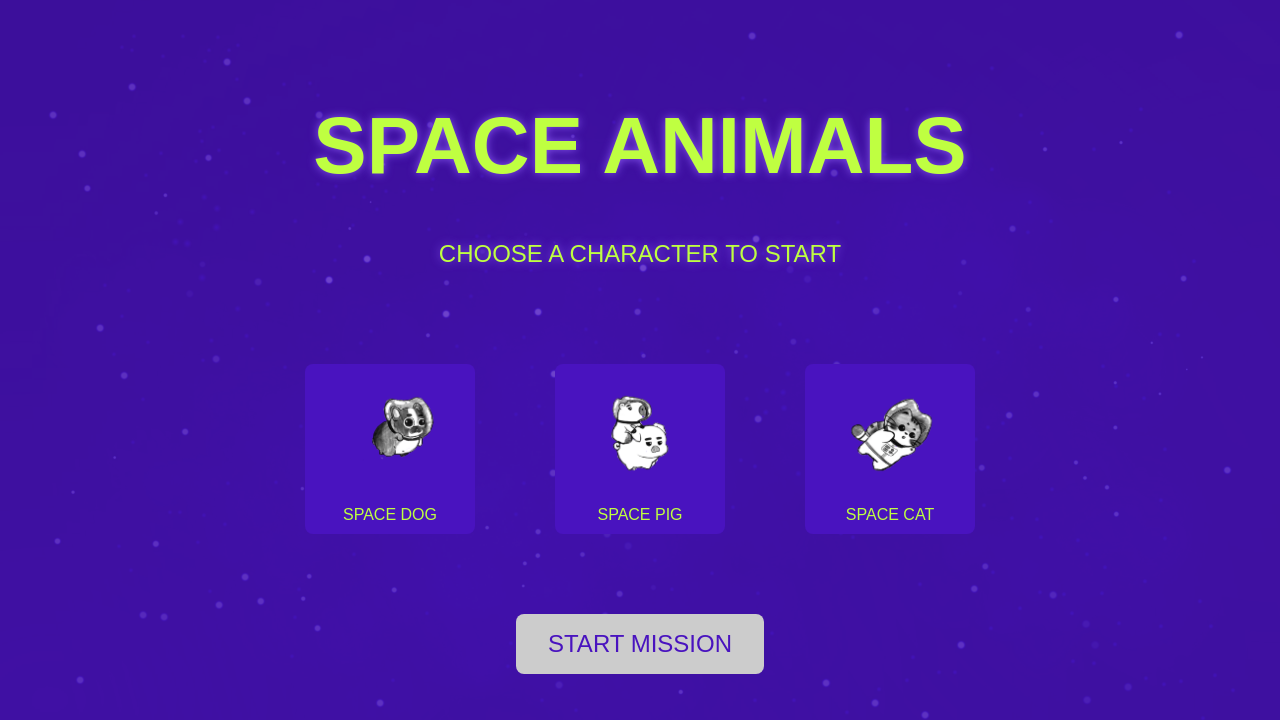
Repository: brunaguarizo/SpaceFarm
Page: index.html
An editor plug-in stored every save of this project. The page is shown before and after the next save, followed by the edit.
The browser window is 1280 px wide. The pictures show the whole page.
Some web fonts or font styles are not loaded; a fallback is used.

Above is the page before, as saved 2025-04-24 15:53:50.

### index.html
<!DOCTYPE html>
<html lang="en">
    <head>
        <meta charset="UTF-8" />
        <meta
            name="viewport"
            content="width=device-width, initial-scale=1.0" />
        <title>Space Adventure</title>
        <link
            rel="stylesheet"
            href="styles.css" />

        <link
            rel="preconnect"
            href="https://fonts.googleapis.com" />
        <link
            rel="preconnect"
            href="https://fonts.gstatic.com"
            crossorigin />
        <link
            href="https://fonts.googleapis.com/css2?family=Ranchers&display=swap"
            rel="stylesheet" />
    </head>
    <body>
        <div id="game-container">
            <!-- Character Selection Screen -->
            <div id="character-select">
                <h1>SPACE ANIMALS</h1>
                <div class="text">CHOOSE A CHARACTER TO START</div>
                <div class="character-options">
                    <div
                        class="character-option"
                        data-character="astronaut">
                        <div class="character-img">
                            <img
                                src="img/dog.png"
                                alt="Space Dog" />
                        </div>
                        <div class="character-label">SPACE DOG</div>
                    </div>
                    <div
                        class="character-option"
                        data-character="alien">
                        <div class="character-img">
                            <img
                                src="img/pig.png"
                                alt="Space Pig" />
                        </div>
                        <div class="character-label">SPACE PIG</div>
                    </div>
                    <div
                        class="character-option"
                        data-character="robot">
                        <div class="character-img">
                            <img
                                src="img/cat.png"
                                alt="Space Cat" />
                        </div>
                        <div class="character-label">SPACE CAT</div>
                    </div>
                </div>
                <button
                    id="confirm-btn"
                    disabled>
                    START MISSION
                </button>
            </div>

            <!-- Game Screen -->
            <div id="game-screen">
                <div id="player"></div>
                <div id="score-container">
                    <div id="score">SCORE: 0</div>
                    <button id="pause-btn">PAUSE</button>
                </div>
            </div>

            <!-- Pause Screen -->
            <div id="pause-screen">
                <h2>GAME PAUSED</h2>
                <button id="resume-btn">RESUME</button>
            </div>

            <!-- Game Over Screen -->
            <div id="game-over">
                <h2>GAME OVER</h2>
                <div id="final-score">SCORE: 0</div>
                <button id="restart-btn">PLAY AGAIN</button>
            </div>
        </div>

        <script src="script.js"></script>
    </body>
</html>

### styles.css
body {
    margin: 0;
    padding: 0;
    overflow: hidden;
    font-family: var(--font-family);
    background-color: var(--mid-green);
}

#game-container {
    position: relative;
    width: 100vw;
    height: 100vh;
    background-image: url("img/space-bg.jpg");
    background-size: cover;
    overflow: hidden;
    justify-content: center;
}

/* ------------------------- Character Selection Screen ------------------------- */
#character-select {
    position: absolute;
    width: 100%;
    height: 100%;
    display: flex;
    flex-direction: column;
    justify-content: center;
    align-items: center;
    z-index: 10;
    background-color: rgba(
        73,
        19,
        191,
        0.8
    ); /* Using dark-purple with opacity */
}

#character-select h1 {
    color: var(--light-green);
    font-size: var(--header);
    margin-bottom: var(--space-large);
    text-shadow: 0 0 10px var(--mid-purple);
    text-align: center;
}

.text {
    color: var(--light-green);
    font-size: var(--text);
    text-shadow: 0 0 10px var(--mid-purple);
    text-align: center;
    margin-bottom: var(--space-large);
}

.character-options {
    display: flex;
    gap: var(--space-extra-large);
    margin-top: var(--space-large);
    margin-bottom: var(--space-extra-large);
}

.character-option {
    width: 150px;
    height: 150px;
    background-color: var(--dark-purple);
    border-radius: var(--space-small);
    display: flex;
    flex-direction: column;
    align-items: center;
    justify-content: center;
    cursor: pointer;
    transition: transform 0.3s, box-shadow 0.3s;
    padding: var(--space-small);
    border: 2px solid transparent;
    gap: var(--space-small);
}

.character-option:hover {
    transform: scale(1.05);
    box-shadow: 0 0 15px var(--light-purple);
}

.character-option.selected {
    border-color: var(--light-green);
    box-shadow: 0 0 20px var(--light-green);
}

.character-img {
    width: 100%;
    height: 100%;
    display: block;
}

.character-img img {
    width: 100%;
    height: 100%;
    object-fit: contain;
}

.character-label {
    color: var(--light-green);
    font-size: 16px;
    text-align: center;
    text-transform: uppercase;
}

#confirm-btn {
    padding: var(--space-regular) var(--space-medium);
    background-color: var(--light-green);
    color: var(--dark-purple);
    border: none;
    border-radius: var(--space-small);
    font-size: var(--text);
    font-family: var(--font-family);
    cursor: pointer;
    transition: background-color 0.3s;
    text-transform: uppercase;
}

#confirm-btn:hover {
    background-color: var(--mid-green);
}

#confirm-btn:disabled {
    background-color: #cccccc;
    cursor: not-allowed;
}

/* ------------------------- Game Screen -------------------------*/
#game-screen {
    display: none;
    position: absolute;
    width: 100%;
    height: 100%;
    z-index: 5;
}

#player {
    position: absolute;
    width: 250px;
    height: 250px;
    left: var(--space-extra-large);
    top: 50%;
    transform: translateY(-50%);
    line-height: 1;
    z-index: 5;
}

#player img {
    width: 100%;
    height: 100%;
    object-fit: contain;
}

.asteroid {
    position: absolute;
    width: 100px;
    height: 100px;
    border-radius: 50%;
    overflow: hidden;
    box-shadow: 0 0 15px var(--light-purple);
}

.asteroid img {
    width: 100%;
    height: 100%;
    object-fit: cover;
}

#score-container {
    position: absolute;
    top: var(--space-regular);
    right: var(--space-regular);
    display: flex;
    align-items: center;
    gap: var(--space-regular);
    z-index: 5;
}

#score {
    color: var(--light-green);
    font-size: var(--text);
    font-weight: bold;
    background-color: var(--dark-purple);
    padding: var(--space-small) var(--space-regular);
    border-radius: var(--space-small);
    border: 2px solid var(--light-green);
    text-transform: uppercase;
}

#pause-btn {
    background-color: var(--dark-purple);
    color: var(--light-green);
    border: 2px solid var(--light-green);
    border-radius: var(--space-small);
    font-size: var(--text);
    font-family: var(--font-family);
    padding: var(--space-small) var(--space-regular);
    cursor: pointer;
    transition: all 0.3s;
    text-transform: uppercase;
}

#pause-btn:hover {
    background-color: var(--mid-purple);
    box-shadow: 0 0 10px var(--light-purple);
}

/* ------------------------- Game Over Screen ------------------------- */
#game-over {
    display: none;
    position: absolute;
    top: 0;
    left: 0;
    width: 100%;
    height: 100%;
    background-color: rgba(
        73,
        19,
        191,
        0.8
    ); /* Using dark-purple with opacity */
    z-index: 15;
    flex-direction: column;
    justify-content: center;
    align-items: center;
}

#game-over h2 {
    color: var(--light-pink);
    font-size: var(--header);
    margin-bottom: var(--space-regular);
    text-shadow: 0 0 10px var(--mid-pink);
}

#final-score {
    color: var(--light-green);
    font-size: var(--text);
    margin-bottom: var(--space-extra-large);
}

#restart-btn {
    padding: var(--space-regular) var(--space-medium);
    background-color: var(--light-green);
    color: var(--dark-purple);
    border: none;
    border-radius: var(--space-small);
    font-size: var(--text);
    font-family: var(--font-family);
    cursor: pointer;
    transition: background-color 0.3s;
}

#restart-btn:hover {
    background-color: var(--mid-green);
}

/* Utility Classes */
.invisible {
    opacity: 0;
}

/* Pause Screen */
#pause-screen {
    display: none;
    position: absolute;
    top: 0;
    left: 0;
    width: 100%;
    height: 100%;
    background-color: rgba(
        73,
        19,
        191,
        0.8
    ); /* Using dark-purple with opacity */
    z-index: 12;
    flex-direction: column;
    justify-content: center;
    align-items: center;
    color: var(--light-green);
}

#pause-screen h2 {
    font-size: var(--header);
    margin-bottom: var(--space-extra-large);
}

#resume-btn {
    padding: var(--space-regular) var(--space-medium);
    background-color: var(--light-green);
    color: var(--dark-purple);
    border: none;
    border-radius: var(--space-small);
    font-size: var(--text);
    font-family: var(--font-family);
    cursor: pointer;
    transition: background-color 0.3s;
}

#resume-btn:hover {
    background-color: var(--mid-green);
}

/* --------------------------- variables  --------------------------- */
:root {
    --font-family: "Ranchers", sans-serif;
    --header: 80px;
    --text: 24px;

    --light-green: #bfff41;
    --mid-green: #a3de1a;
    --dark-green: #46b800;
    --light-pink: #ffc2ec;
    --mid-pink: #f0429c;
    --dark-pink: #910b64;
    --light-purple: #dcccff;
    --mid-purple: #8655ef;
    --dark-purple: #4913bf;

    --space-extra-small: 4px;
    --space-small: 8px;
    --space-regular: 16px;
    --space-medium: 32px;
    --space-large: 48px;
    --space-extra-large: 80px;
    --space-huge: 160px;
}

### script.js
// Game variables
let selectedCharacter = "";
let score = 0;
let playerElement;
let gameRunning = false;
let isPaused = false;
let playerY;
let asteroids = [];
let gameLoopInterval;
let asteroidInterval;
let gameHeight;
let gameWidth;

// Character image mapping - using the exact filenames from the img folder
const characterImages = {
    astronaut: "img/dog.png",
    alien: "img/pig.png",
    robot: "img/cat.png",
};

// Planet image options - using the exact filenames from the img folder
const planetImages = [
    "img/planet1.png",
    "img/planet2.png",
    "img/planet3.png",
    "img/planet4.png",
    "img/planet5.png",
    "img/planet6.png",
];

// DOM elements
const characterOptions = document.querySelectorAll(".character-option");
const confirmBtn = document.getElementById("confirm-btn");
const characterSelectScreen = document.getElementById("character-select");
const gameScreen = document.getElementById("game-screen");
const pauseBtn = document.getElementById("pause-btn");
const pauseScreen = document.getElementById("pause-screen");
const resumeBtn = document.getElementById("resume-btn");
const gameOverScreen = document.getElementById("game-over");
const finalScoreDisplay = document.getElementById("final-score");
const restartBtn = document.getElementById("restart-btn");
const scoreDisplay = document.getElementById("score");

// Initialize the game
function init() {
    console.log("Game initializing...");

    // Character selection event listeners
    characterOptions.forEach((option) => {
        option.addEventListener("click", () => {
            console.log("Character option clicked:", option.dataset.character);
            // Remove selected class from all options
            characterOptions.forEach((opt) => opt.classList.remove("selected"));
            // Add selected class to clicked option
            option.classList.add("selected");
            // Store selected character
            selectedCharacter = option.dataset.character;
            // Enable confirm button
            confirmBtn.disabled = false;
            console.log("Selected character:", selectedCharacter);
        });
    });

    // Confirm button event listener
    confirmBtn.addEventListener("click", () => {
        console.log("Start button clicked, starting game...");
        startGame();
    });

    // Pause button event listener
    pauseBtn.addEventListener("click", togglePause);

    // Resume button event listener
    resumeBtn.addEventListener("click", togglePause);

    // Restart button event listener
    restartBtn.addEventListener("click", restartGame);

    // Keyboard event listeners
    document.addEventListener("keydown", handleKeyPress);

    console.log("Game initialized successfully");
}

// Start the game
function startGame() {
    console.log("Starting game with character:", selectedCharacter);

    if (!selectedCharacter) {
        console.error("No character selected!");
        return;
    }

    // Hide character selection screen
    characterSelectScreen.style.display = "none";
    // Show game screen
    gameScreen.style.display = "block";

    // Set up player
    playerElement = document.getElementById("player");
    if (!playerElement) {
        console.error("Player element not found!");
        return;
    }

    const playerImagePath = characterImages[selectedCharacter];
    console.log("Loading player image:", playerImagePath);

    // Create image element with error handling
    const playerImg = document.createElement("img");
    playerImg.src = playerImagePath;
    playerImg.alt = "Player";
    playerImg.onerror = function () {
        console.error("Error loading player image:", playerImagePath);
        // Fallback to text if image fails to load
        playerElement.innerHTML = "Player";
    };
    playerElement.innerHTML = "";
    playerElement.appendChild(playerImg);

    // Initialize variables
    gameHeight = window.innerHeight;
    gameWidth = window.innerWidth;
    score = 0;
    updateScore();
    playerY = gameHeight / 2;
    gameRunning = true;
    isPaused = false;
    asteroids = [];

    // Position player
    updatePlayerPosition();

    // Start game loop
    gameLoopInterval = setInterval(gameLoop, 16); // ~60fps

    // Start spawning planets
    spawnPlanet(); // Spawn first planet immediately
    asteroidInterval = setInterval(spawnPlanet, 1500); // Then every 1.5 seconds

    console.log("Game started successfully");
}

// Game loop
function gameLoop() {
    if (!gameRunning || isPaused) return;

    // Move planets
    movePlanets();

    // Check collisions
    checkCollisions();
}

// Handle keyboard input
function handleKeyPress(e) {
    if (!gameRunning || isPaused) return;

    const moveDistance = 60; // Increased for even faster movement

    if (e.key === "ArrowUp" || e.key === "w") {
        // Move up
        playerY = Math.max(125, playerY - moveDistance);
        updatePlayerPosition();
    } else if (e.key === "ArrowDown" || e.key === "s") {
        // Move down
        playerY = Math.min(gameHeight - 125, playerY + moveDistance);
        updatePlayerPosition();
    }
}

// Update player position on screen
function updatePlayerPosition() {
    playerElement.style.top = `${playerY}px`;
}

// Spawn a new planet
function spawnPlanet() {
    if (!gameRunning || isPaused) return;

    // Create planet element
    const planet = document.createElement("div");
    planet.classList.add("asteroid"); // Keep the same class for styling

    // Set random planet type
    const planetType =
        planetImages[Math.floor(Math.random() * planetImages.length)];
    console.log("Loading planet image:", planetType);

    // Create image element with error handling
    const planetImg = document.createElement("img");
    planetImg.src = planetType;
    planetImg.alt = "Planet";
    planetImg.onerror = function () {
        console.error("Error loading planet image:", planetType);
        // Fallback to text if image fails to load
        planet.innerHTML = "Planet";
    };
    planet.appendChild(planetImg);

    // Set random position (y-axis)
    const planetY = Math.random() * (gameHeight - 100) + 50;

    // Set planet properties
    planet.style.left = `${gameWidth}px`;
    planet.style.top = `${planetY}px`;

    // Add to game screen
    gameScreen.appendChild(planet);

    // Add to asteroids array (keep the same array for simplicity)
    asteroids.push({
        element: planet,
        x: gameWidth,
        y: planetY,
        speed: Math.random() * 2 + 3, // Random speed between 3-5
        passed: false,
    });
}

// Move all planets
function movePlanets() {
    for (let i = asteroids.length - 1; i >= 0; i--) {
        const planet = asteroids[i];

        // Move planet
        planet.x -= planet.speed;
        planet.element.style.left = `${planet.x}px`;

        // Check if planet passed the player
        if (!planet.passed && planet.x < 100) {
            planet.passed = true;
            score += 10;
            updateScore();
        }

        // Remove planet if it's off-screen
        if (planet.x < -50) {
            gameScreen.removeChild(planet.element);
            asteroids.splice(i, 1);
        }
    }
}

// Check for collisions
function checkCollisions() {
    const playerRect = {
        x: 100,
        y: playerY - 125,
        width: 250,
        height: 250,
    };

    for (const planet of asteroids) {
        const planetRect = {
            x: planet.x,
            y: planet.y - 50,
            width: 100,
            height: 100,
        };

        // Check if player and planet rectangles intersect
        if (
            playerRect.x < planetRect.x + planetRect.width &&
            playerRect.x + playerRect.width > planetRect.x &&
            playerRect.y < planetRect.y + planetRect.height &&
            playerRect.y + playerRect.height > planetRect.y
        ) {
            // Collision detected
            gameOver();
            return;
        }
    }
}

// Update score display
function updateScore() {
    scoreDisplay.textContent = `Score: ${score}`;
}

// Toggle pause state
function togglePause() {
    isPaused = !isPaused;

    if (isPaused) {
        pauseScreen.style.display = "flex";
    } else {
        pauseScreen.style.display = "none";
    }
}

// Game over
function gameOver() {
    gameRunning = false;

    // Clear intervals
    clearInterval(gameLoopInterval);
    clearInterval(asteroidInterval);

    // Remove all planets
    asteroids.forEach((planet) => {
        gameScreen.removeChild(planet.element);
    });
    asteroids = [];

    // Update final score
    finalScoreDisplay.textContent = `Final Score: ${score}`;

    // Show game over screen
    gameOverScreen.style.display = "flex";
}

// Restart game
function restartGame() {
    // Clear planets
    asteroids.forEach((planet) => {
        if (planet.element.parentNode) {
            planet.element.parentNode.removeChild(planet.element);
        }
    });

    // Hide game over screen
    gameOverScreen.style.display = "none";

    // Go back to character selection
    gameScreen.style.display = "none";
    characterSelectScreen.style.display = "flex";

    // Reset character selection
    characterOptions.forEach((opt) => opt.classList.remove("selected"));
    confirmBtn.disabled = true;
    selectedCharacter = "";
}

// Initialize the game when the page loads
window.addEventListener("load", init);

After the next save:
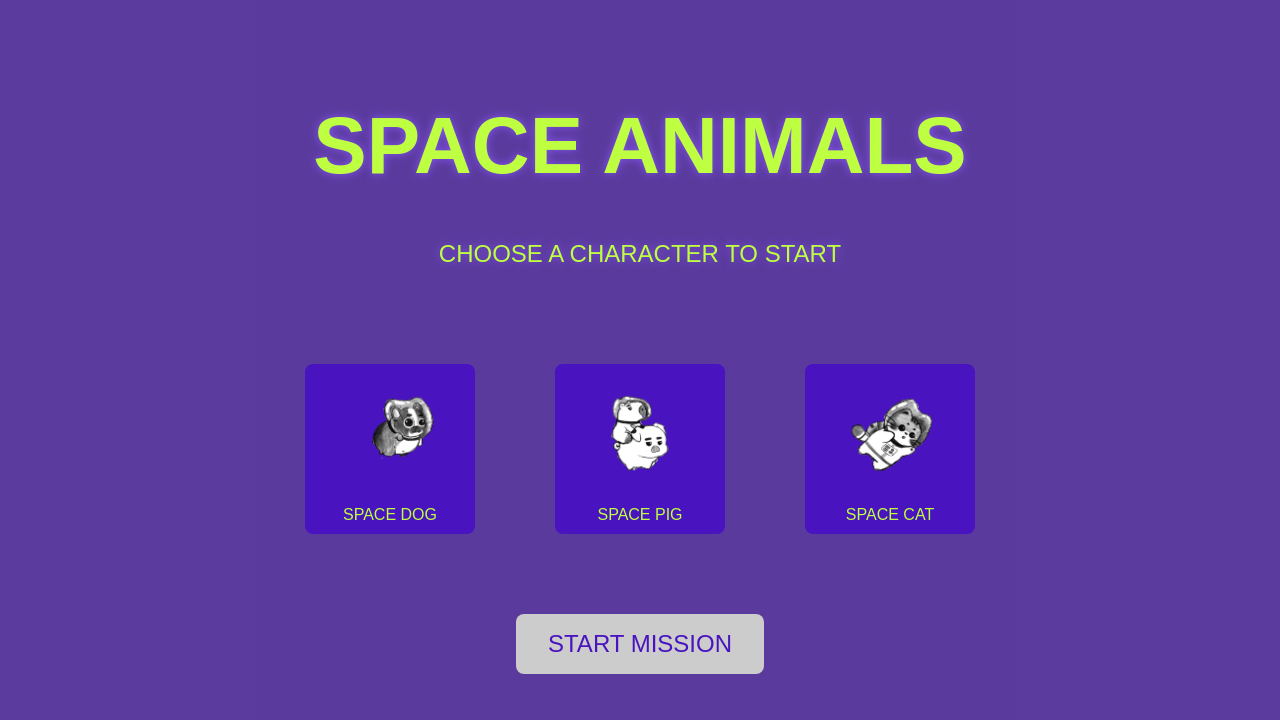
Saved 76 s later.
--- a/styles.css
+++ b/styles.css
@@ -10,10 +10,37 @@ body {
     position: relative;
     width: 100vw;
     height: 100vh;
+    overflow: hidden;
+}
+
+.scrolling-background {
+    position: absolute;
+    top: 0;
+    left: 0;
+    width: 200vw; /* Double the viewport width */
+    height: 100vh;
     background-image: url("img/space-bg.jpg");
-    background-size: cover;
-    overflow: hidden;
-    justify-content: center;
+    background-size: 100vw 100vh; /* Each image takes up exactly one viewport */
+    background-repeat: repeat-x;
+    animation: scrollBackground 20s linear infinite;
+}
+
+@keyframes scrollBackground {
+    from {
+        transform: translateX(0);
+    }
+    to {
+        transform: translateX(-100vw); /* Move left by one viewport width */
+    }
+}
+
+/* Make sure game elements stay on top of the scrolling background */
+#character-select,
+#game-screen,
+#pause-screen,
+#game-over {
+    position: relative;
+    z-index: 1;
 }
 
 /* ------------------------- Character Selection Screen ------------------------- */

After the save that followed:
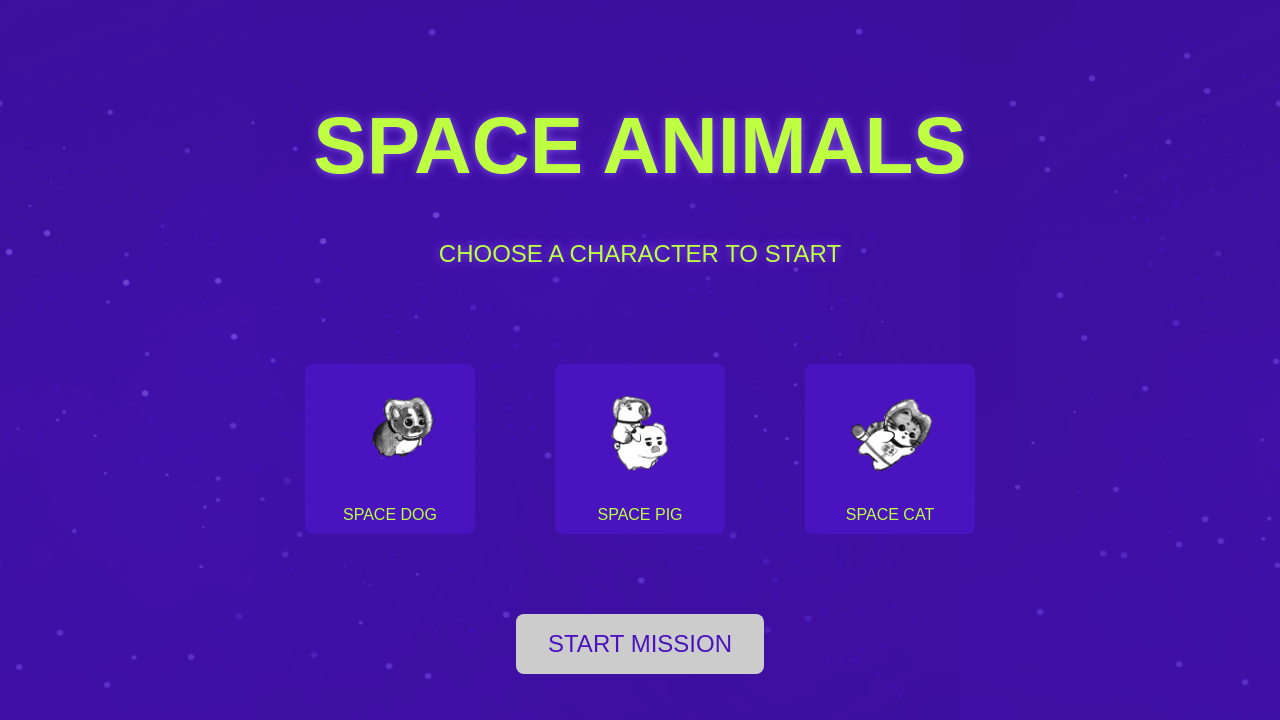
Saved 10 s later.
--- a/index.html
+++ b/index.html
@@ -23,6 +23,7 @@
     </head>
     <body>
         <div id="game-container">
+            <div class="scrolling-background"></div>
             <!-- Character Selection Screen -->
             <div id="character-select">
                 <h1>SPACE ANIMALS</h1>
